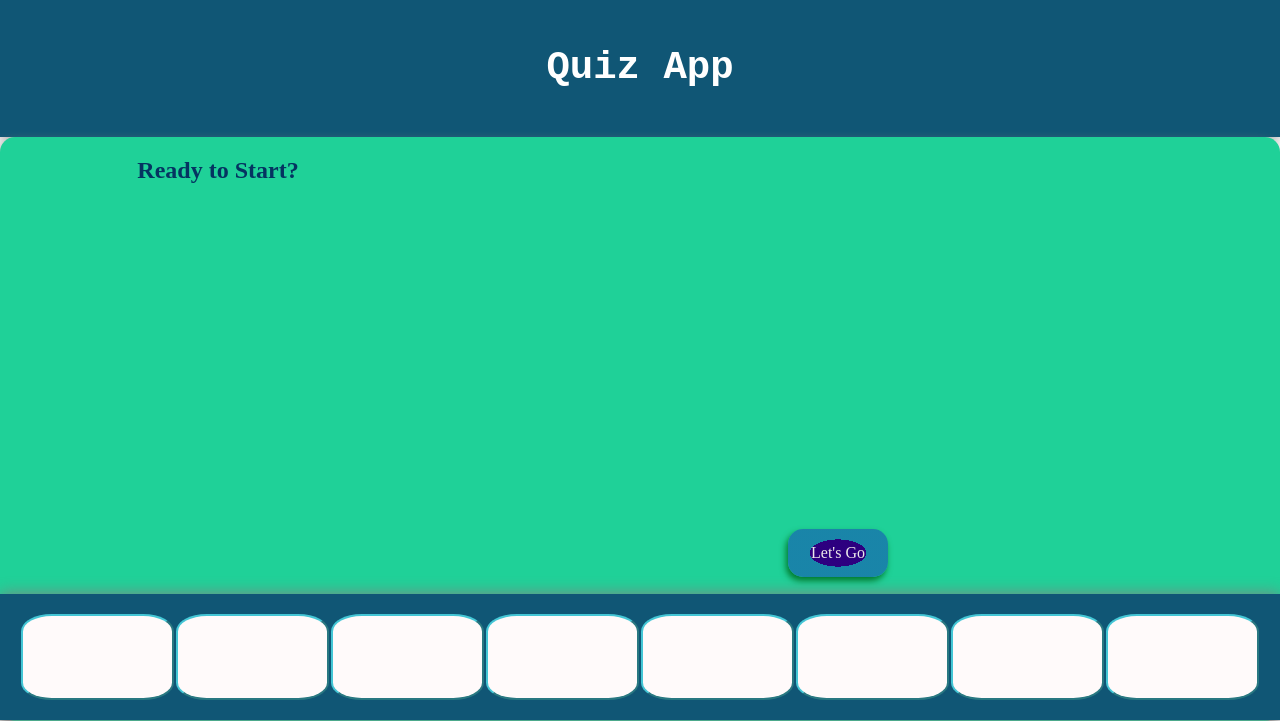
Repository: tpic12/quiz_app
Page: index.html
The author's editor kept a copy of each file at every save. The page is drawn from the files as they stood at one save, then again after the next save.
The browser window is 1280 px wide. The pictures show the whole page.

Above is the page before, as saved 2019-12-28 15:48:21.

### index.html
<!DOCTYPE html>
<html lang="en">

<head>
  <meta charset="UTF-8">
  <meta name="viewport" content="width=device-width, initial-scale=1.0">
  <meta http-equiv="X-UA-Compatible" content="ie=edge">
  <title>Quiz App</title>
  <link href="https://cdnjs.cloudflare.com/ajax/libs/normalize/8.0.1/normalize.min.css" rel="stylesheet"
    type="text/css" />
  <link href="app.css" rel="stylesheet" type="text/css" />
</head>

<body>
  <header>
    <section class='banner'>
      <h1>Quiz App</h1>
    </section>
  </header>
  <main class='display'>

  </main>
  <footer>
    <section class='counts'>
        <div class='count 0'></div>
        <div class='count 1'></div>
        <div class='count 2'></div>
        <div class='count 3'></div>
        <div class='count 4'></div>
        <div class='count 5'></div>
        <div class='count 6'></div>
        <div class='count 7'></div>
    </section>
  </footer>
  <script src="https://code.jquery.com/jquery-3.4.1.slim.js" crossorigin="anonymous"></script>
  <script src="app.js"></script>
</body>

</html>

### app.css
/* Your styles should be mobile-first and responsive */

/**
  * If you are unclear on how to utilize a mobile-first, responsive technique to write your CSS, here is an example:
  *
  * https://github.com/andreacardybailey/responsive_example/blob/master/styles/responsive-base.css
  *
*/
* {
  box-sizing: border-box;
  margin: 0 auto;
}

.banner h1 {
  font-family: monospace;
  font-size: 3em;
}

.banner,
footer {
  color: white;
  font-family: monospace;
  padding: 20px;
  width: 100%;
  text-align: center;
  background-color: hsl(198, 76%, 26%);
  box-shadow: 0px 0px 15px grey;
  border-bottom: none;
  left: 0;
}

.main_card {
  display: flex;
  min-width: 40vw;
  min-height: 40vh;
  text-align: center;
  justify-content: center;
  align-content: space-around;
  background-color: hsl(161, 74%, 47%);
  border-radius: 15px;
  padding: 20px;
  border: none;
  box-shadow: -2px 6px 12px grey;
}

button {
  margin: 30%;
  margin-bottom: 10%;
  color: hsl(0, 7%, 92%);
  background: radial-gradient(
    hsl(261, 100%, 25%) 40%,
    hsl(195, 74%, 38%) 30%,
    hsl(195, 74%, 38%) 25%
  );
  border: none;
  max-width: 130px;
  min-width: 100px;
  border-radius: 15px;
  padding: 15px;
  box-shadow: -2px 4px 6px hsl(142, 98%, 24%);
  -webkit-border-radius: 15px;
  -moz-border-radius: 15px;
  -ms-border-radius: 15px;
  -o-border-radius: 15px;
}

.main_card > form#qForm {
  display: flex;
  flex-flow: column wrap;
  justify-content: center;
  text-align: center;
  margin: 0 auto;
  width: 60vw;
}

.main_card > h2 {
  justify-self: center;
  font-weight: bolder;
  color: hsl(210, 90%, 20%);
}

#qForm > div {
  margin-left: 5vw;
  margin-right: auto;
}

footer {
  position: fixed;
  bottom: 0;
  left: 0;
  max-height: 20vh;
}

.counts {
  display: flex;
  justify-content: space-evenly;
}

.count {
  border: 2px outset hsl(186, 63%, 55%);
  font-family: 'Gill Sans', 'Gill Sans MT', Calibri, 'Trebuchet MS', sans-serif;
  border-radius: 20%;
  flex-direction: row;
  width: 12vw;
  height: 12vh;
  background-color: hsl(0, 100%, 99%);
  padding: 15px;
  -webkit-border-radius: 20%;
  -moz-border-radius: 20%;
  -ms-border-radius: 20%;
  -o-border-radius: 20%;
}

h1 {
  font-family: sans-serif;
}

.green {
  background-color: green !important;
}

.red {
  background-color: red !important;
}

#snackbar > p {
  visibility: hidden;
  min-width: 15vw;

  color: #fff;
  text-align: center;
  align-content: flex-start;
  padding: 5px;
  position: absolute;
  z-index: 1;
  left: ;
  top: -30px;
}

#snackbar.show {
  visibility: visible;
  /-webkit-animation: fadein 0.5s, fadeout 0.5s 2.5s;
  animation: fadein 0.5s, fadeout 0.5s 2.5s;
}

@media screen and (max-width: 450px) {
  .main_card {
    flex-flow: row wrap;
    max-width: 90vw;
  }

  #qForm {
    font-size: 0.8em;
    padding: 5px !important;
    margin: 5px;
    flex-flow: column wrap !important;
  }
  #qForm > div {
    margin-left: 15px;
    margin-right: auto;
  }
  #qForm > input {
    display: inline-block !important;
  }

  #qForm > label {
    display: inline-block !important;
  }
  footer {
    height: 40vh;
    overflow: scroll;
  }
  .counts {
    flex-direction: column;
  }

  .count {
    width: 100%;
    margin: 5px;
    height: 20px;
    border: 1px solid aquamarine;
    border-radius: 0;
    -webkit-border-radius: 0;
    -moz-border-radius: 0;
    -ms-border-radius: 0;
    -o-border-radius: 0;
  }
}

### app.js
/**
 * Example store structure
 */
'use strict';

const STORE = {
  // 5 or more questions are required
  questions: [
    {
      question: 'How many items in a bakers dozen??',
      answers: ['11', '12', '13', '3'],
      correctAnswer: '13'
    },
    {
      question: 'What month is Oktoberfest held?',
      answers: ['September', 'October', 'Every Month', 'August'],
      correctAnswer: 'September'
    },
    {
      question: 'What color is an Orange Blossom?',
      answers: ['Red', 'Orange', 'Pink', 'White'],
      correctAnswer: 'White'
    },
    {
      question: 'Where did the Panama Hat originate?',
      answers: ['Ecuador', 'Panama', 'China', 'Cuba'],
      correctAnswer: 'Ecuador'
    },
    {
      question: 'What are toy marbles made from?',
      answers: ['Plastic', 'Quartz', 'Diamond', 'Glass'],
      correctAnswer: 'Glass'
    },
    {
      question: 'How many gallons are in a ten-gallon hat?',
      answers: [
        'Half a Gallon',
        'Ten-Gallons',
        'Three-Fourths of a Gallon',
        'Give-Gallon'
      ],
      correctAnswer: 'Three-Fourths of a Gallon'
    },
    {
      question: 'What is the biggest animal to ever live?',
      answers: ['Mammoth', 'T-Rex', 'Blue Whale', 'Brontosaurus'],
      correctAnswer: 'Blue Whale'
    },
    {
      question: 'Where is the red-bellied woodpecker predominately red?',
      answers: ['Head', 'Wings', 'Feet', 'Belly'],
      correctAnswer: 'Head'
    }
  ],
  questionNumber: 0,
  score: 0,
  quizStart: false
};

/**
 *
 * Your app should include a render() function, that regenerates
 * the view each time the store is updated. See your course
 * material, consult your instructor, and reference the slides
 * for more details.
 *
 * NO additional HTML elements should be added to the index.html file.
 *
 * You may add attributes (classes, ids, etc) to the existing HTML elements, or link stylesheets or additional scripts if necessary
 *
 */

/**
 * This function renders the quiz after you start, ...
 * answer a question, or restart the quiz
 */
function renderStartQuiz() {
  const mainCard = `<section class="main_card">
      <h2>Ready to Start?</h2>
      <button type='submit' id='start_quiz'>Let's Go</button>
    </section>`;

  $('.display').html(mainCard);

  $('.display').on('click', '#start_quiz', function(event) {
    event.preventDefault();
    STORE.quizStart = true;
    $('.main_card')
      .children()
      .remove();
    handleQuiz();
  });
}
/**
 * renders question one at a time depending on question number
 */
function renderQuestion() {
  if (
    STORE.questionNumber === STORE.questions.length &&
    STORE.questionNumber > 1
  ) {
    renderResults();
  } else {
    const qCard = `<h2>${STORE.questions[STORE.questionNumber].question}</h2>
    <form id="qForm">
<div>
        <input type='radio' name='answer' id='q1' value="${
          STORE.questions[STORE.questionNumber].answers[0]
        }"/><label for='q1' id='0'>${
      STORE.questions[STORE.questionNumber].answers[0]
    }</label>
</div>
<div>
        <input type='radio' name='answer' id='q2' value="${
          STORE.questions[STORE.questionNumber].answers[1]
        }"/><label for='q2' id='1'>${
      STORE.questions[STORE.questionNumber].answers[1]
    }</label></div>

    <div>
        <input type='radio' name='answer' id='q3' value="${
          STORE.questions[STORE.questionNumber].answers[2]
        }"/><label for='q3' id='2'>${
      STORE.questions[STORE.questionNumber].answers[2]
    }</label>
</div><div>
        <input type='radio' name='answer' id='q4' value="${
          STORE.questions[STORE.questionNumber].answers[3]
        }"/><label for='q4' id='3'>${
      STORE.questions[STORE.questionNumber].answers[3]
    }</label></div><br>
    <form>
    <button type='submit' id='submit_answer'>Final Answer</button>`;

    $('.main_card').html(qCard);
    $('input:checked').on('su');
    $('.main_card').on('click', '#submit_answer', function(event) {
      event.preventDefault();
      checkAnswer();
      //original next question spot

      $('.main_card')
        .children()
        .remove();

      handleQuiz();
    });
  }
}
/**
 * renders results page

 */

function generateResults(finalScore, numberOfQuestions) {
  return `<h2>You scored ${finalScore} out of ${numberOfQuestions}!</h2><button id='restart'>Restart Quiz</button>`;
}

/* Render results element with button that restarts the quiz*/
function renderResults() {
  let score = STORE.score;
  let num = STORE.questionNumber;

  $('.main_card').html(generateResults(score, num));
  $('#restart').click(function(event) {
    event.preventDefault();
    console.log('Restarting Quiz');

    STORE.questionNumber = 0;
    STORE.score = 0;
    $('.count')
      .removeClass('snackbar')
      .removeClass('red')
      .removeClass('green')
      .removeClass('show')
      .text('');
    renderStartQuiz();
  });
}

/**
 * this function checks the correctnes of the answer
 */
function checkAnswer() {
  let form = document.getElementById('qForm');
  let ans = form['answer'];
  for (let i = 0; i < ans.length; i++) {
    //is a button checked
    if (ans[i].checked) {
      //compare value of ans[i] to correct answer
      if (
        ans[i].value === STORE.questions[STORE.questionNumber].correctAnswer
      ) {
        scoreKeeper(true);
      } else {
        scoreKeeper(false);
      }
    }
  }
}

function generateAnswerSnackbar(questionAnswer) {
  return `<div class=.${STORE.questionNumber}>
              <p>Sorry, the correct answer is ${questionAnswer}</p>
          </div>`;
}

function scoreKeeper(bool) {
  if (bool === true) {
    console.log('plus 1 point');
    STORE.score++;
    $(`.${STORE.questionNumber}`)
      .addClass('green')
      .addClass('snackbar')
      .html(`<p>Correct!</p>`);
    $('section.main_card');
    console.log('next q!');
    STORE.questionNumber++;
  }
  if (bool === false) {
    console.log('no points for you');
    $(`.${STORE.questionNumber}`)
      .addClass('red')
      .addClass('snackbar')
      .html(
        generateAnswerSnackbar(
          STORE.questions[STORE.questionNumber].correctAnswer
        )
      );
    console.log('next q!');
    STORE.questionNumber++;
  }
}

function handleQuiz() {
  if (STORE.quizStart === false) {
    renderStartQuiz();
  } else {
    renderQuestion();
  }
}

$(handleQuiz);

After the next save:
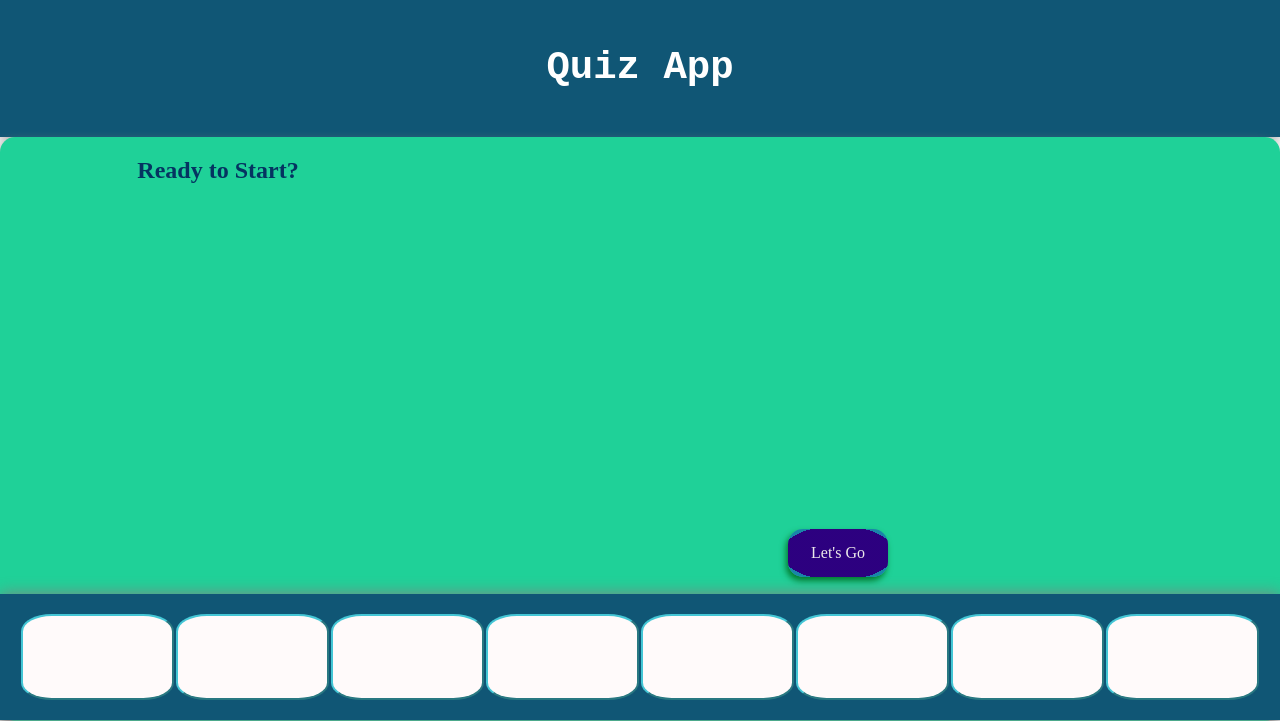
Saved 4 s later.
--- a/app.css
+++ b/app.css
@@ -48,7 +48,7 @@ button {
   margin-bottom: 10%;
   color: hsl(0, 7%, 92%);
   background: radial-gradient(
-    hsl(261, 100%, 25%) 40%,
+    hsl(261, 100%, 25%) 80%,
     hsl(195, 74%, 38%) 30%,
     hsl(195, 74%, 38%) 25%
   );
